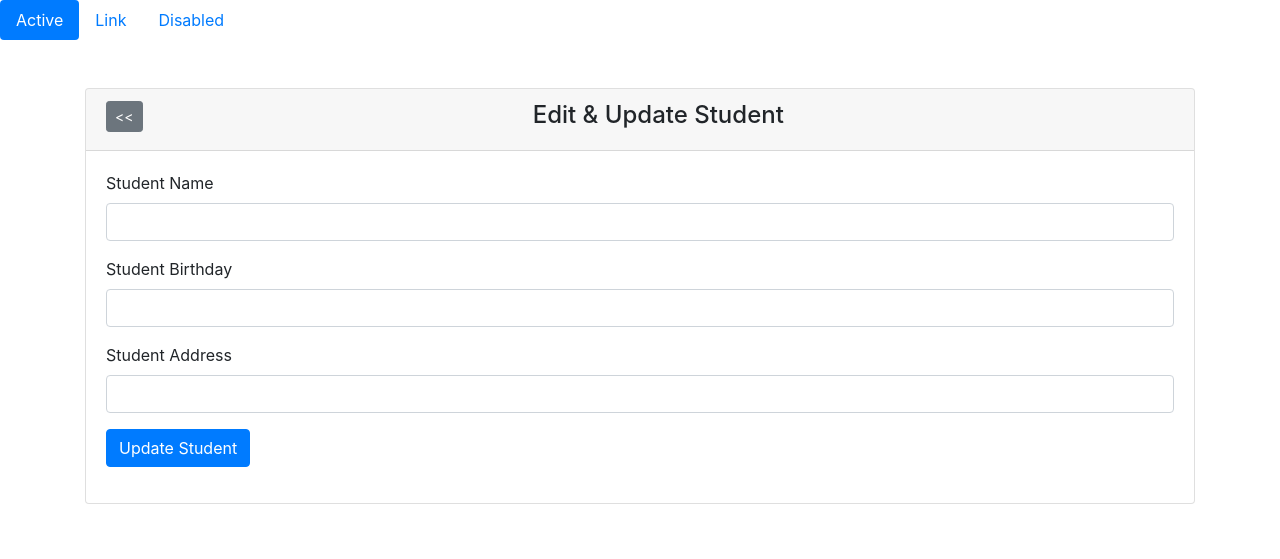
Repository: HungRau/TLU3675-php-laravel
Page: resources/views/student_edit.blade.php
These files come from the project's save history. The page is drawn as it stood at one moment and after the next save; the edit follows.
The browser window is 1280 px wide. The pictures show the whole page.
The page is served by the project's Laravel application, run on PHP 8.4 with Laravel 9. The template is opened directly, without the code that normally fills it, so the values that code supplies are empty.

Above is the page before, as saved 2022-10-15 18:56:45.

After the next save:
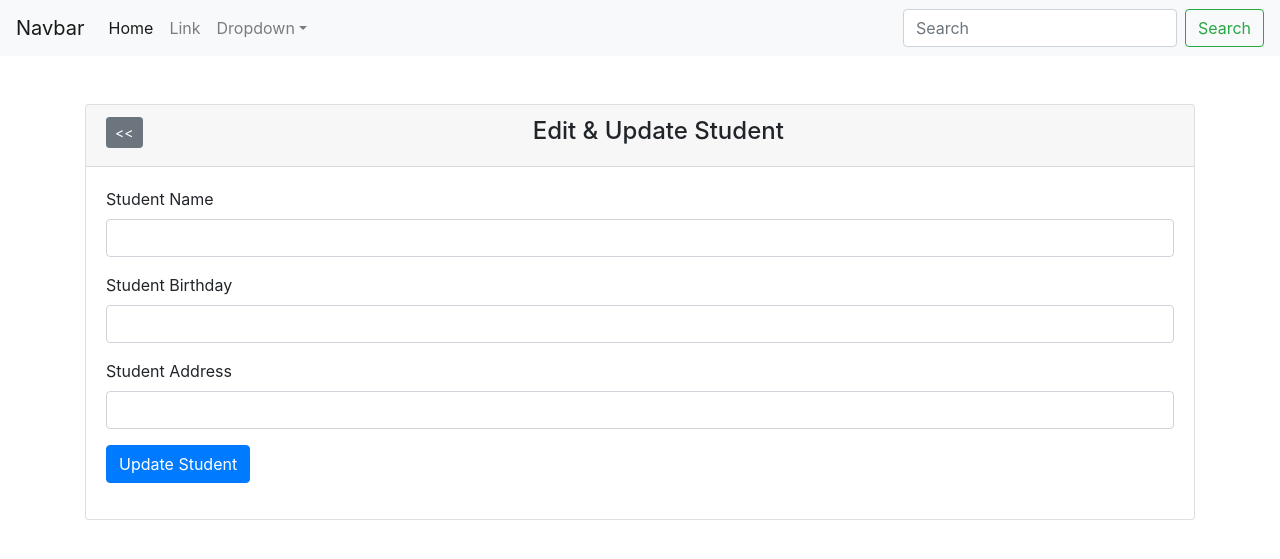
Saved 14 s later.
--- a/resources/views/student_edit.blade.php
+++ b/resources/views/student_edit.blade.php
@@ -10,17 +10,34 @@
     <link rel="stylesheet" href="https://stackpath.bootstrapcdn.com/bootstrap/4.3.1/css/bootstrap.min.css" integrity="sha384-ggOyR0iXCbMQv3Xipma34MD+dH/1fQ784/j6cY/iJTQUOhcWr7x9JvoRxT2MZw1T" crossorigin="anonymous">
   </head>
   <body>
-    <ul class="nav nav-pills nav-stacked">
-        <li class="nav-item">
-            <a href="#" class="nav-link active">Active</a>
-        </li>
-        <li class="nav-item">
-            <a href="#" class="nav-link">Link</a>
-        </li>
-        <li class="nav-item disabled">
-            <a href="#" class="nav-link">Disabled</a>
-        </li>
-    </ul>
+    <nav class="navbar navbar-expand-sm navbar-light bg-light">
+        <a class="navbar-brand" href="#">Navbar</a>
+        <button class="navbar-toggler d-lg-none" type="button" data-toggle="collapse" data-target="#collapsibleNavId" aria-controls="collapsibleNavId"
+            aria-expanded="false" aria-label="Toggle navigation">
+            <span class="navbar-toggler-icon"></span>
+        </button>
+        <div class="collapse navbar-collapse" id="collapsibleNavId">
+            <ul class="navbar-nav mr-auto mt-2 mt-lg-0">
+                <li class="nav-item active">
+                    <a class="nav-link" href="#">Home <span class="sr-only">(current)</span></a>
+                </li>
+                <li class="nav-item">
+                    <a class="nav-link" href="#">Link</a>
+                </li>
+                <li class="nav-item dropdown">
+                    <a class="nav-link dropdown-toggle" href="#" id="dropdownId" data-toggle="dropdown" aria-haspopup="true" aria-expanded="false">Dropdown</a>
+                    <div class="dropdown-menu" aria-labelledby="dropdownId">
+                        <a class="dropdown-item" href="#">Action 1</a>
+                        <a class="dropdown-item" href="#">Action 2</a>
+                    </div>
+                </li>
+            </ul>
+            <form class="form-inline my-2 my-lg-0">
+                <input class="form-control mr-sm-2" type="text" placeholder="Search">
+                <button class="btn btn-outline-success my-2 my-sm-0" type="submit">Search</button>
+            </form>
+        </div>
+    </nav>
     <div class="container">
       <div class="row">
           <div class="col-md-12 mt-5">@if(session('status'))
